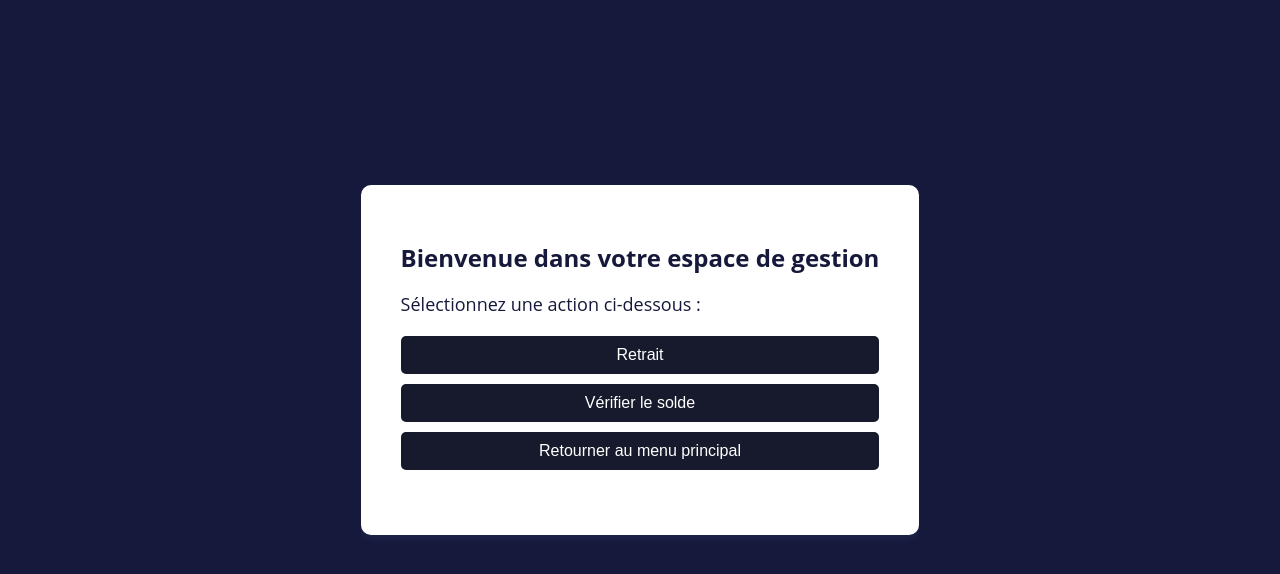
Repository: ndiawar/ProjetGab
Page: bienvenue.html
These files come from the project's save history. The page is drawn as it stood at one moment and after the next save; the edit follows.
The browser window is 1280 px wide. The pictures show the whole page.

Above is the page before, as saved 2024-08-07 22:52:31.

After the next save:
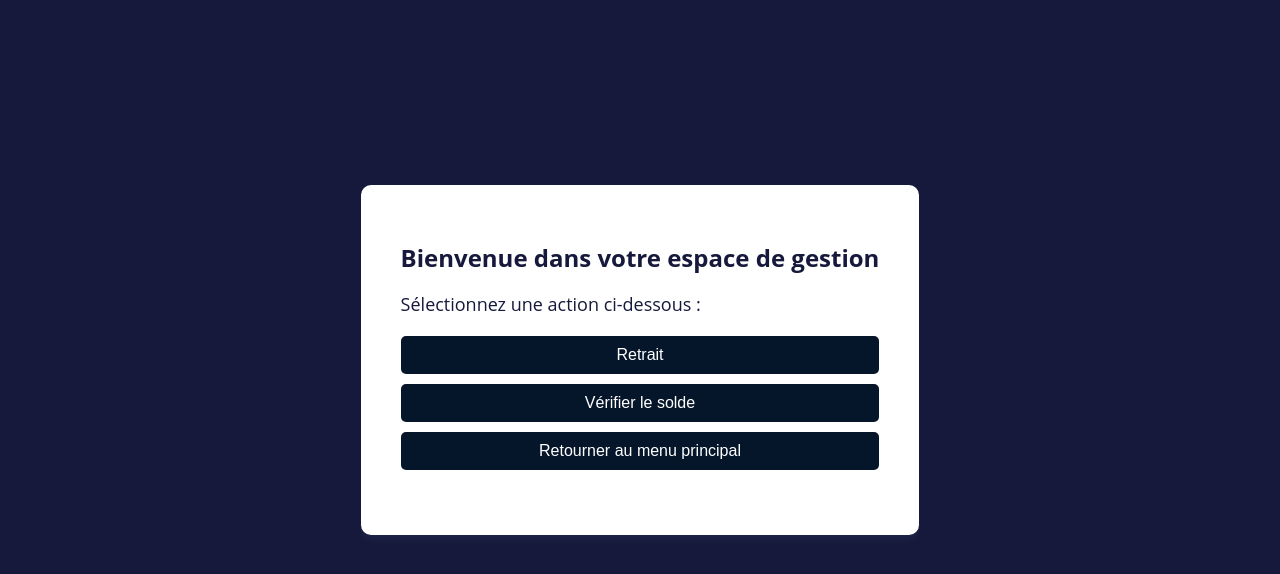
Saved 63 s later.
--- a/bienvenue.html
+++ b/bienvenue.html
@@ -10,9 +10,9 @@
     <div class="container">
         <h1 class="bienvenue">Bienvenue dans votre espace de gestion</h1>
         <p class="welcome-message">Sélectionnez une action ci-dessous :</p>
-        <button class="button retrait">Retrait</button>
-        <button class="button solde">Vérifier le solde</button>
-        <button class="button retour">Retourner au menu principal</button>
+        <button class="button">Retrait</button>
+        <button class="button">Vérifier le solde</button>
+        <button class="button">Retourner au menu principal</button>
     </div>
 </body>
 </html>
